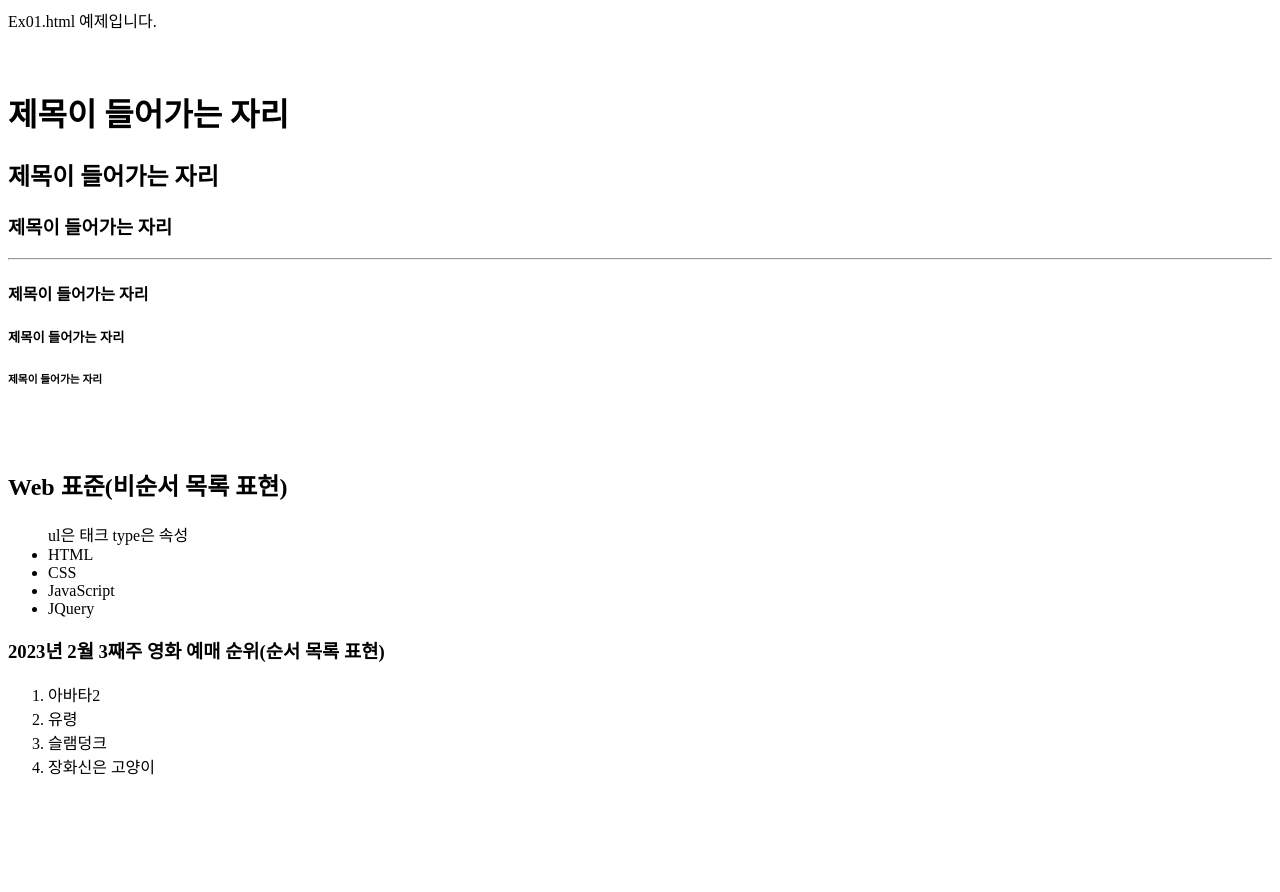
Repository: song-bean/Web_song
Page: 01_HTML/src/main/webapp/Ex01.html
The author's editor kept a copy of each file at every save. The page is drawn from the files as they stood at one save, then again after the next save.
The browser window is 1280 px wide. The pictures show the whole page.

Above is the page before, as saved 2023-02-22 00:42:57.

### 01_HTML/src/main/webapp/Ex01.html
<!DOCTYPE html>
<html>
<head>
<meta charset="UTF-8">
<title>첫번째 예제</title>
</head>
<body>
	Ex01.html 예제입니다.<br><br><br> <!-- 주석 <br>은 줄 바꿈 -->
	<h1>제목이 들어가는 자리</h1> <!-- h1크기로 글자 설정 -->
	<h2>제목이 들어가는 자리</h2> <!-- h1부터 h6에는 br이 들어가 있음 -->
	<h3>제목이 들어가는 자리</h3>
	<hr><!-- hr은 선이 생김 -->
	<h4>제목이 들어가는 자리</h4>
	<h5>제목이 들어가는 자리</h5>
	<h6>제목이 들어가는 자리</h6> <!-- h1부터 h6까지 있음 -->

	<br><br>

	<h2>Web 표준(비순서 목록 표현)</h2>
	<!-- ul : unordered list -->
	<ul type=""> ul은 태크 type은 속성
		<li> HTML </li>
		<li> CSS </li>
		<li> JavaScript </li>
		<li> JQuery </li>
	</ul>

	<h3>2023년 2월 3째주 영화 예매 순위(순서 목록 표현)</h3>
	<!-- ol : ordered list -->
	<ol>
		<li>아바타2</li>
		<li>유령</li>
		<li>슬램덩크</li>
		<li>장화신은 고양이</li>
	</ol>

	<br><br><br><br><br>

</body>
</html>

After the next save:
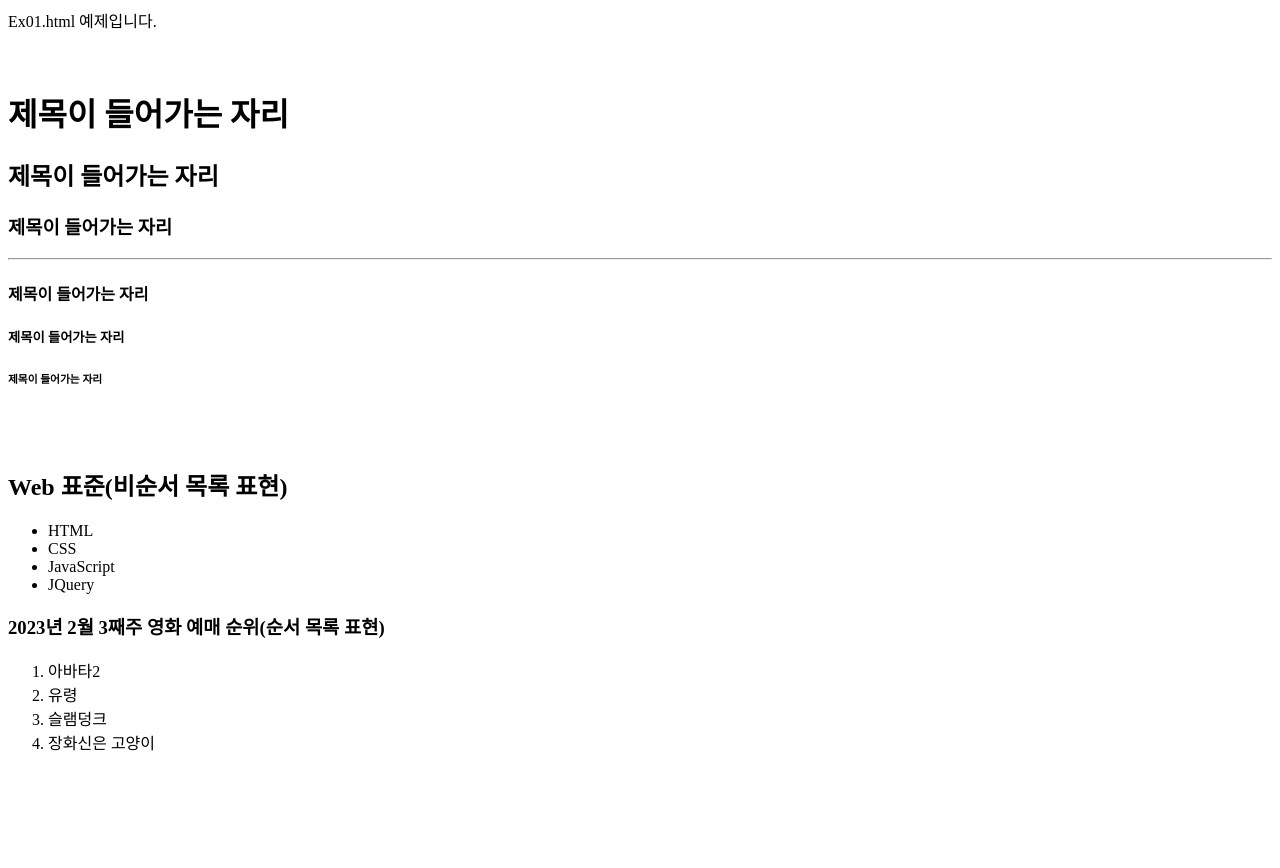
Saved 4 s later.
--- a/01_HTML/src/main/webapp/Ex01.html
+++ b/01_HTML/src/main/webapp/Ex01.html
@@ -18,7 +18,7 @@
 
 	<h2>Web 표준(비순서 목록 표현)</h2>
 	<!-- ul : unordered list -->
-	<ul type=""> ul은 태크 type은 속성
+	<ul type=""> <!-- ul은 태크 type은 속성  -->
 		<li> HTML </li>
 		<li> CSS </li>
 		<li> JavaScript </li>
